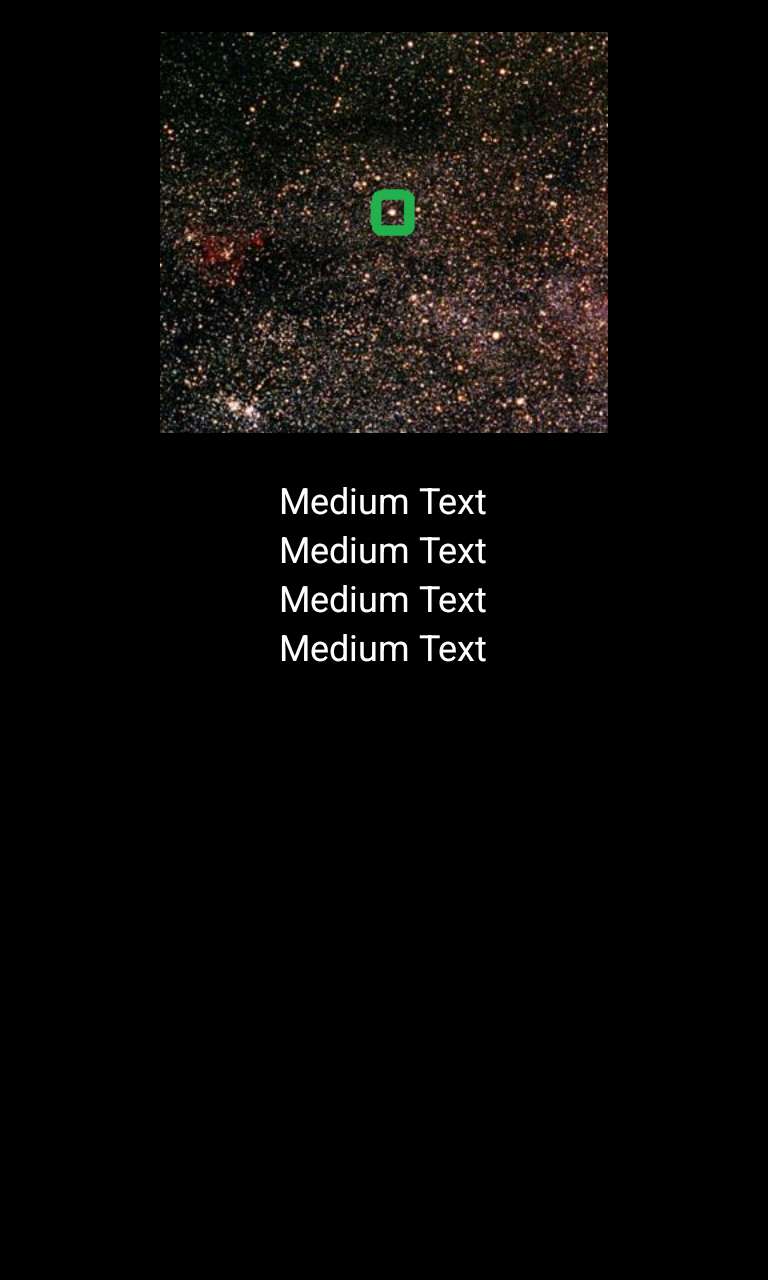
Repository: MoffMade/CSCE315-Android-App
Layout: Constellation Explorer Eclipse Project/Constellation Explorer/res/layout/activity_star_data.xml
An editor plug-in stored every save of this project. The layout is shown before and after the next save, followed by the edit.
It is drawn on a 768 x 1280 px phone screen (xhdpi) without system bars, with theme AppTheme; the app's code is not run.

Above is the layout before, as saved 2013-11-12 03:21:07.

After the next save:
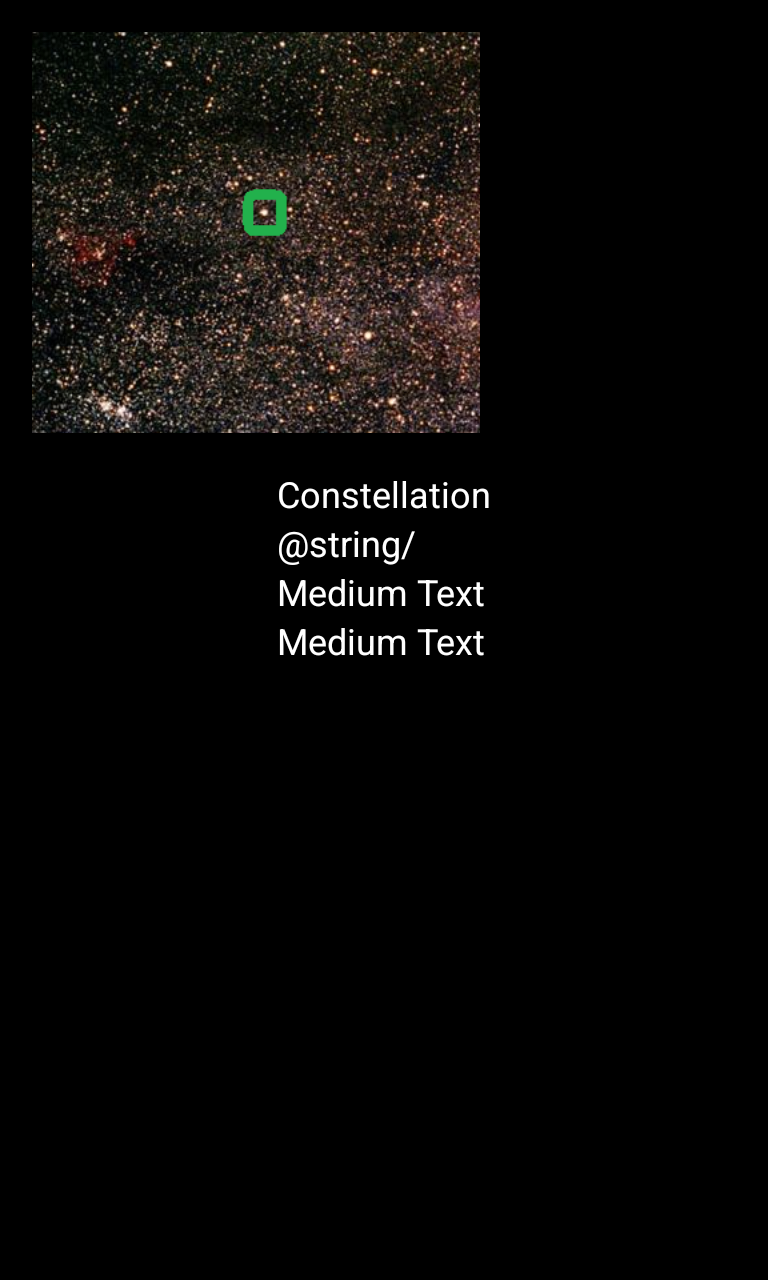
Saved 5 min 13 s later.
--- a/Constellation Explorer Eclipse Project/Constellation Explorer/res/layout/activity_star_data.xml
+++ b/Constellation Explorer Eclipse Project/Constellation Explorer/res/layout/activity_star_data.xml
@@ -13,8 +13,6 @@
         android:id="@+id/imageView1"
         android:layout_width="wrap_content"
         android:layout_height="wrap_content"
-        android:layout_alignParentTop="true"
-        android:layout_centerHorizontal="true"
         android:src="@drawable/segin_star" />
 
     <TableLayout
@@ -23,39 +21,63 @@
         android:layout_height="wrap_content"
         android:layout_below="@+id/imageView1"
         android:layout_centerHorizontal="true"
-        android:layout_marginTop="21dp" >
+        android:layout_marginTop="18dp" >
 
-        <TextView
-            android:id="@+id/textView1"
+        <TableRow
+            android:id="@+id/tableRow1"
             android:layout_width="wrap_content"
-            android:layout_height="wrap_content"
-            android:text="Medium Text"
-            android:textAppearance="?android:attr/textAppearanceMedium"
-            android:textColor="@color/main_menu_text_color" />
+            android:layout_height="wrap_content" >
 
-        <TextView
-            android:id="@+id/textView2"
+            <TextView
+                android:id="@+id/textView1"
+                android:layout_width="wrap_content"
+                android:layout_height="wrap_content"
+                android:text="@string/constellation"
+                android:textAppearance="?android:attr/textAppearanceMedium"
+                android:textColor="@color/main_menu_text_color" />
+        </TableRow>
+
+        <TableRow
+            android:id="@+id/tableRow2"
             android:layout_width="wrap_content"
-            android:layout_height="wrap_content"
-            android:text="Medium Text"
-            android:textAppearance="?android:attr/textAppearanceMedium"
-            android:textColor="@color/main_menu_text_color" />
+            android:layout_height="wrap_content" >
 
-        <TextView
-            android:id="@+id/textView3"
+            <TextView
+                android:id="@+id/textView2"
+                android:layout_width="wrap_content"
+                android:layout_height="wrap_content"
+                android:text="@string/"
+                android:textAppearance="?android:attr/textAppearanceMedium"
+                android:textColor="@color/main_menu_text_color" />
+        </TableRow>
+
+        <TableRow
+            android:id="@+id/tableRow3"
             android:layout_width="wrap_content"
-            android:layout_height="wrap_content"
-            android:text="Medium Text"
-            android:textAppearance="?android:attr/textAppearanceMedium"
-            android:textColor="@color/main_menu_text_color" />
+            android:layout_height="wrap_content" >
 
-        <TextView
-            android:id="@+id/textView4"
+            <TextView
+                android:id="@+id/textView3"
+                android:layout_width="wrap_content"
+                android:layout_height="wrap_content"
+                android:text="Medium Text"
+                android:textAppearance="?android:attr/textAppearanceMedium"
+                android:textColor="@color/main_menu_text_color" />
+        </TableRow>
+
+        <TableRow
+            android:id="@+id/tableRow4"
             android:layout_width="wrap_content"
-            android:layout_height="wrap_content"
-            android:text="Medium Text"
-            android:textAppearance="?android:attr/textAppearanceMedium"
-            android:textColor="@color/main_menu_text_color" />
+            android:layout_height="wrap_content" >
+
+            <TextView
+                android:id="@+id/textView4"
+                android:layout_width="wrap_content"
+                android:layout_height="wrap_content"
+                android:text="Medium Text"
+                android:textAppearance="?android:attr/textAppearanceMedium"
+                android:textColor="@color/main_menu_text_color" />
+        </TableRow>
     </TableLayout>
 
 </RelativeLayout>
--- a/Constellation Explorer Eclipse Project/Constellation Explorer/res/values/strings.xml
+++ b/Constellation Explorer Eclipse Project/Constellation Explorer/res/values/strings.xml
@@ -28,5 +28,9 @@
     <string name="save_button">Save Progress</string>
     <string name="move_left_button">Move Left!</string>
     <string name="move_right_button">Move Right!</string>
-
+	<string name="constellation">Constellation</string>
+	<string name="right_ascension">Right Ascension</string>
+	<string name="declination">Declination</string>
+	<string name="magnitude">Apparent Magnitude</string>
+	<string name="distance">Distance</string>
 </resources>
